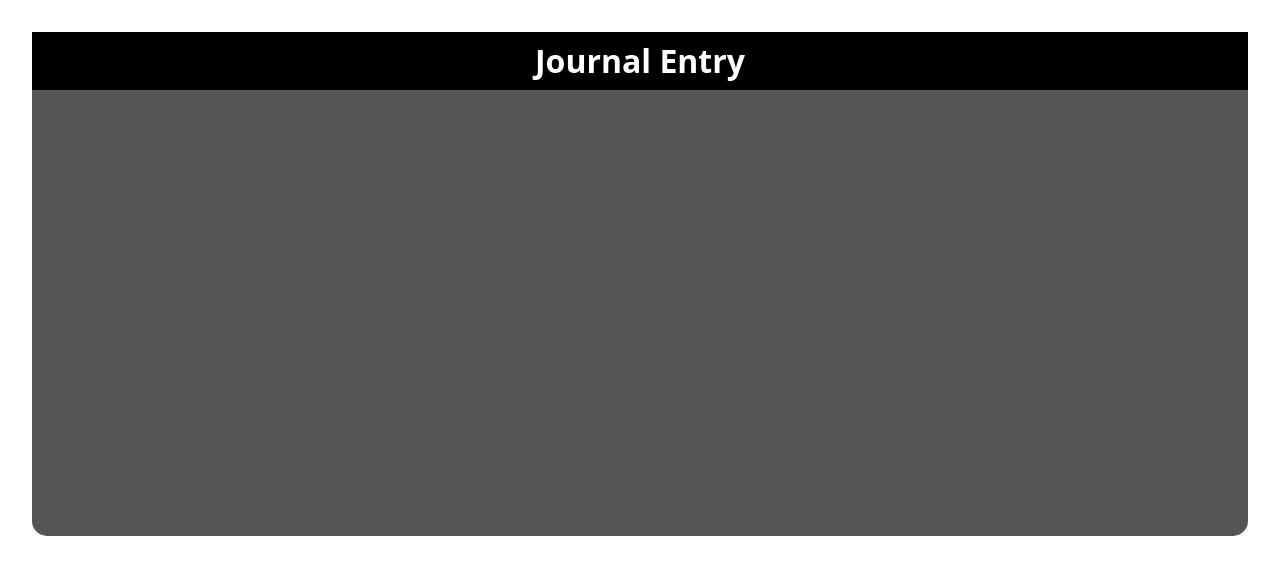
Repository: kestermbah/ai-journal
Page: /
An editor plug-in stored every save of this project. The page is shown before and after the next save, followed by the edit.
The browser window is 1280 px wide. The pictures show the whole page.
The project was rebuilt for these pictures with package versions that can differ from the ones it lists, and the page was loaded fresh each time. Also part of the build but not shown: vite.config.ts, src/index.css.

Above is the page before, as saved 2024-12-24 20:46:16.

### src/App.tsx
import "./App.css";
import "bootstrap/dist/css/bootstrap.min.css";
import Journal from "./components/Journal";

function App() {
  return (
    <div>
      <Journal />
    </div>
  );
}

export default App;

### src/components/Journal.tsx
import "./Journal.css";

const Journal = () => {
  return (
    <div className="Journal">
      <h1 className="Title">Journal Entry</h1>
    </div>
  );
};
export default Journal;

### src/components/Journal.css
.Title{
    color : white;
    font-size: 2rem;
    font-weight: bold;
    margin-bottom: 1rem;
    background-color: black;
    padding: 10px;
}

.Journal {
    min-height: 70vh;
    background-color: rgba(0, 0, 0, 0.665);
    border-radius: 15px;

}

Loaded but not shown: index.html (common file); src/main.tsx (common file); src/App.css (common file)

After the next save:
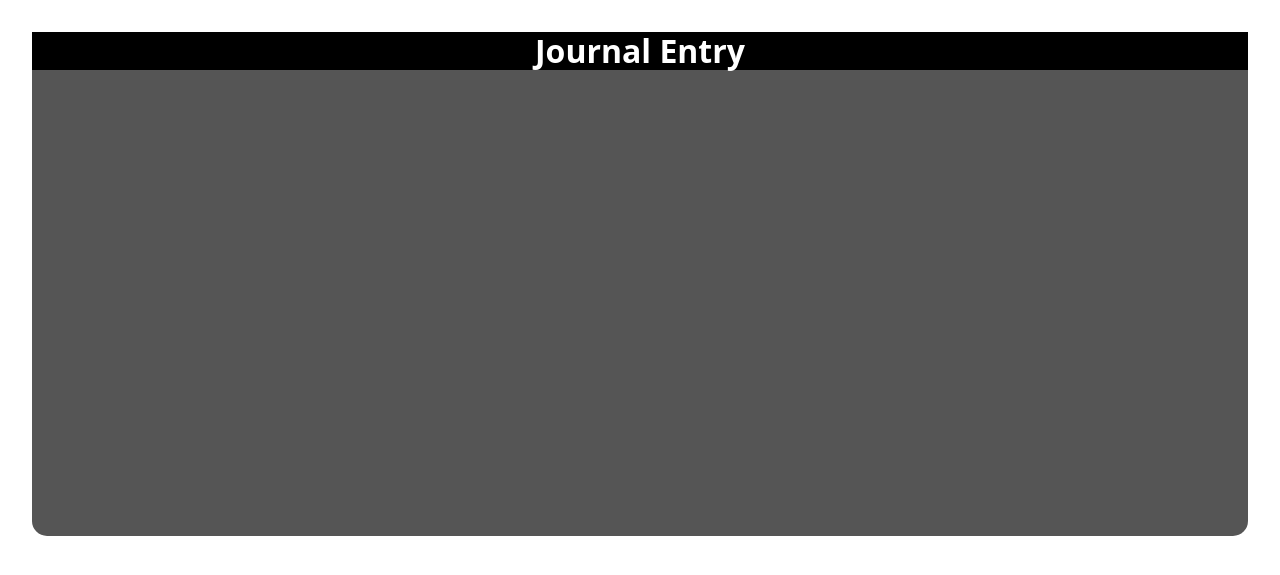
Saved 15 s later.
--- a/src/components/Journal.css
+++ b/src/components/Journal.css
@@ -4,7 +4,6 @@
     font-weight: bold;
     margin-bottom: 1rem;
     background-color: black;
-    padding: 10px;
 }
 
 .Journal {

After the save that followed:
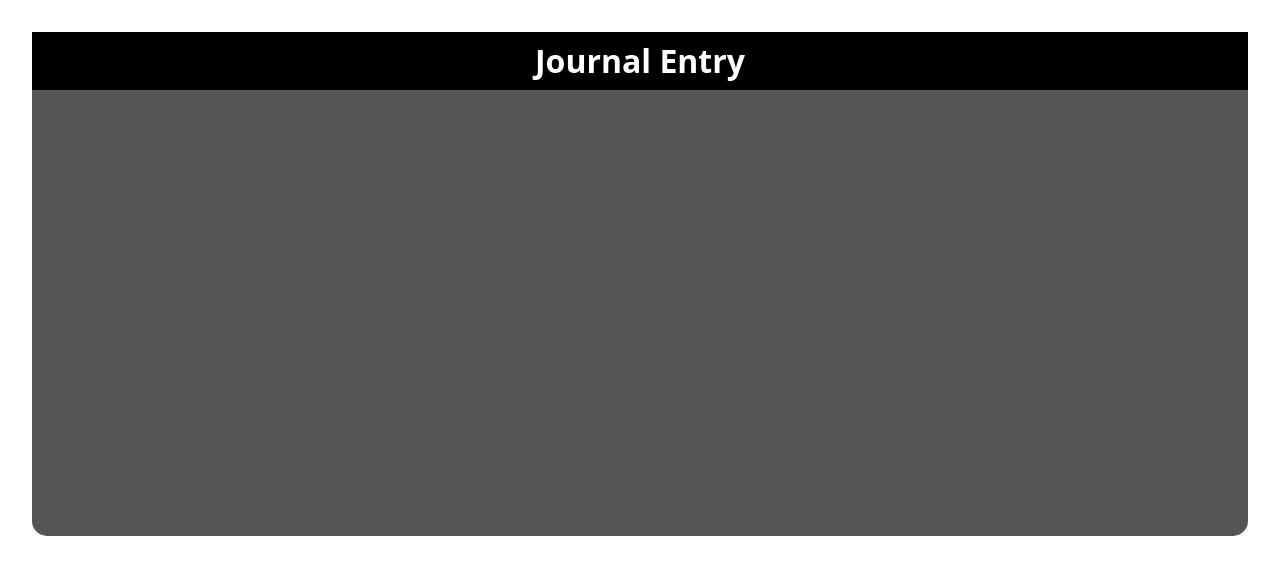
Saved 8 s later.
--- a/src/components/Journal.css
+++ b/src/components/Journal.css
@@ -4,6 +4,7 @@
     font-weight: bold;
     margin-bottom: 1rem;
     background-color: black;
+    padding: 10px;
 }
 
 .Journal {
